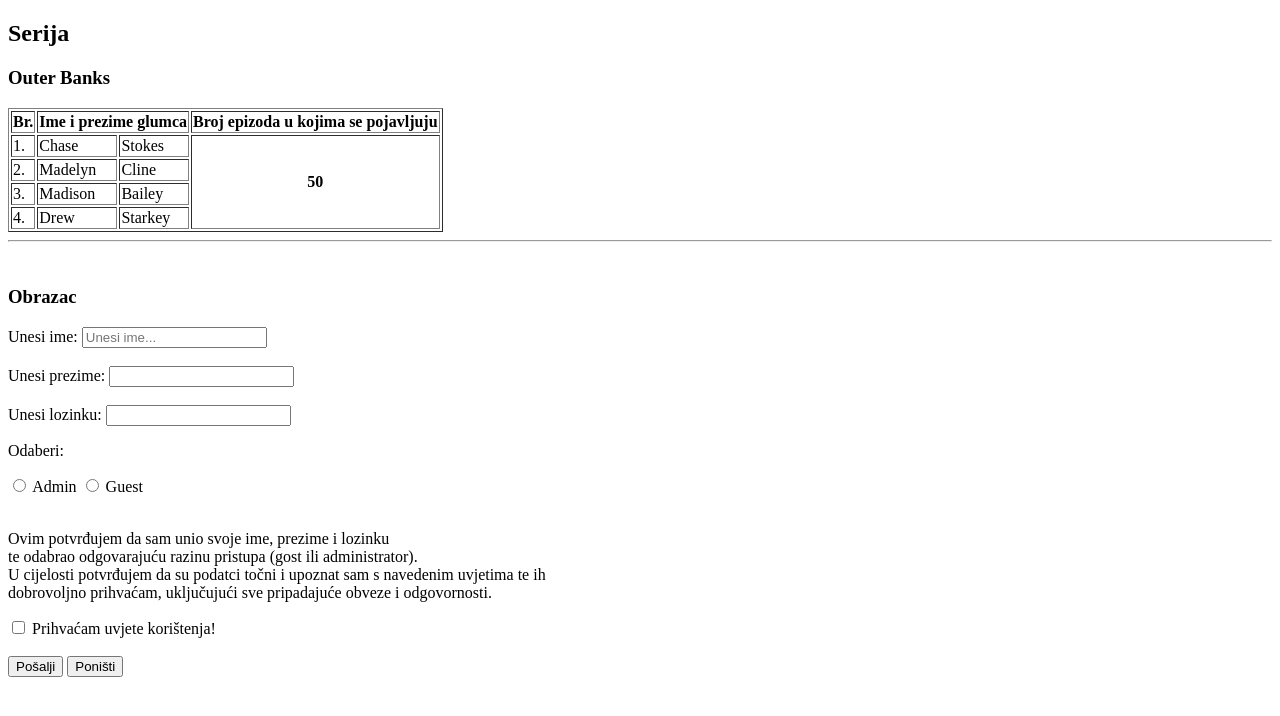
Repository: larabiondic/wp_biondic_lara
Page: Domace zadace/Zadaća.2.html
An editor plug-in stored every save of this project. The page is shown before and after the next save, followed by the edit.
The browser window is 1280 px wide. The pictures show the whole page.

Above is the page before, as saved 2025-11-03 20:54:42.

After the next save:
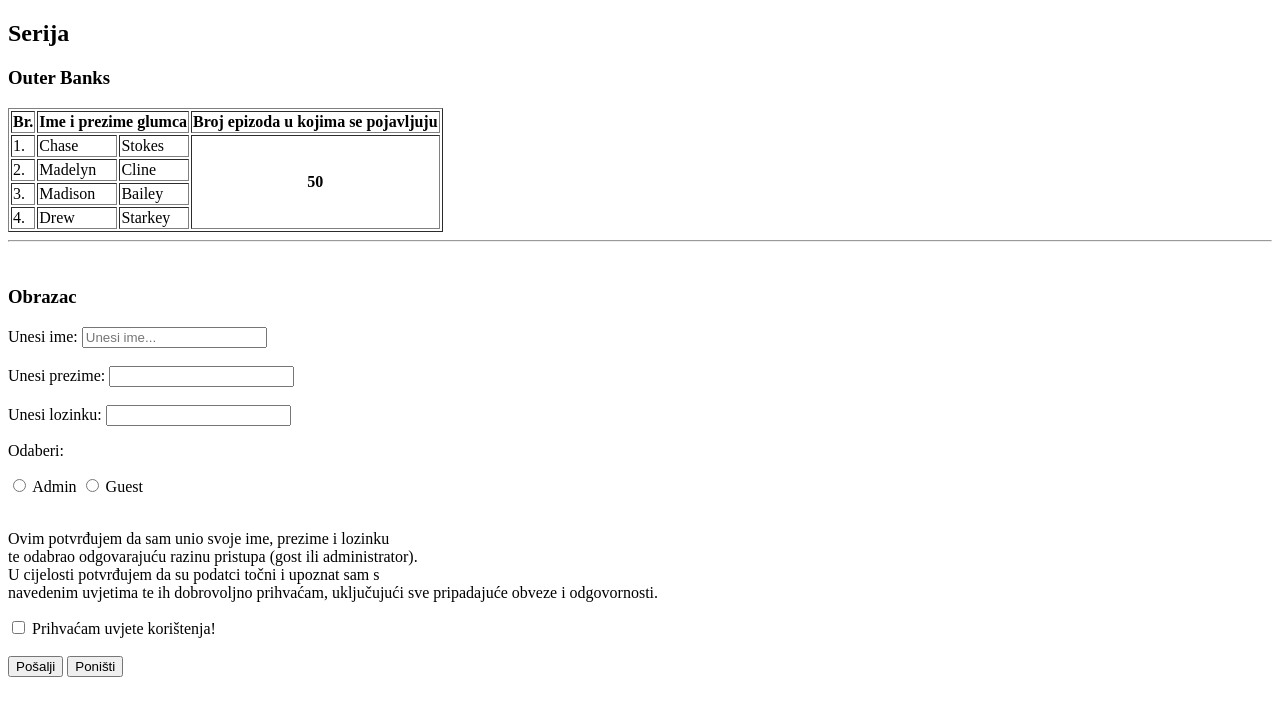
Saved 24 s later.
--- a/Domace zadace/Zadaća.2.html
+++ b/Domace zadace/Zadaća.2.html
@@ -67,7 +67,7 @@
         <p>Ovim potvrđujem da sam unio svoje ime,
             prezime i lozinku <br>te odabrao odgovarajuću razinu pristupa
             (gost ili administrator). <br> U cijelosti potvrđujem da su podatci
-            točni i upoznat sam s navedenim uvjetima te ih <br> dobrovoljno prihvaćam,
+            točni i upoznat sam s <br>navedenim uvjetima te ih dobrovoljno prihvaćam,
             uključujući sve pripadajuće obveze i odgovornosti.</p>
         <input type="checkbox" name="uvjeti korištenja" id="uvjeti korištenja">
         <label for="uvjeti korištenja">Prihvaćam uvjete korištenja!</label>
